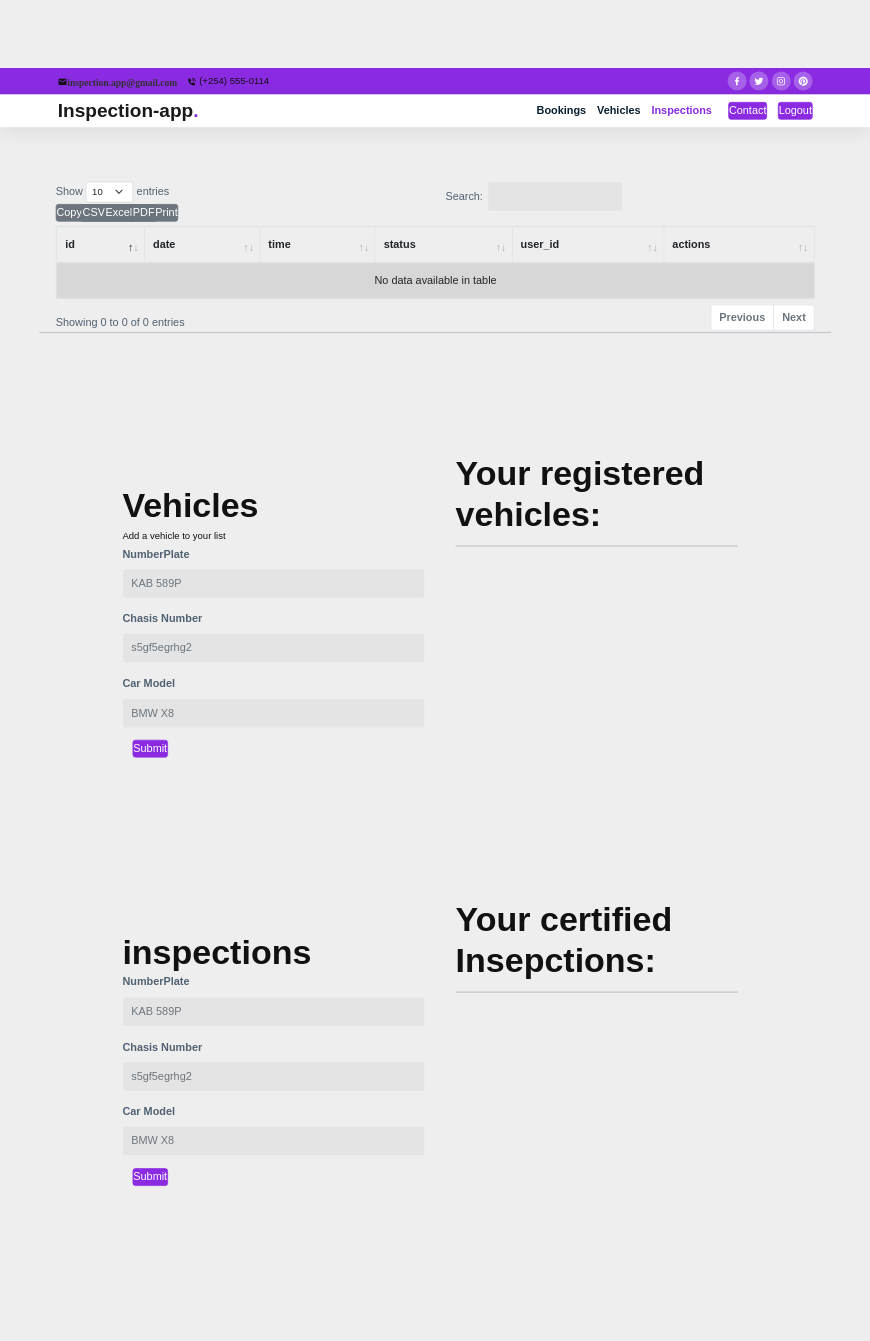
Repository: Jaynie8085/INSPECTION-APP
Page: client/admnDashboard.html
The author's editor kept a copy of each file at every save. The page is drawn from the files as they stood at one save, then again after the next save.
The browser window is 1280 px wide. The pictures show the whole page, at 68% of full size.
The page's requests for data from a server got no answer.

Above is the page before, as saved 2022-10-17 05:57:29.
Console error: ReferenceError: fetchBookings is not defined

### client/admnDashboard.html
<!DOCTYPE html>
<html lang="en">

<head>
    <meta charset="UTF-8">
    <meta http-equiv="X-UA-Compatible" content="IE=edge">
    <meta name="viewport" content="width=device-width, initial-scale=1.0">
    <script src="/js/axios/dist/axios.min.js"></script>
    <script src="main.js"></script>
    <!-- Bootstrap CSS -->
    <link rel="stylesheet" href="css/bootstrap.min.css">
    <link rel="stylesheet" href="css/owl.carousel.min.css">
    <link rel="stylesheet" href="css/owl.theme.default.min.css">
    <link href='https://unpkg.com/boxicons@2.1.1/css/boxicons.min.css' rel='stylesheet'>
    <link rel="stylesheet" href="https://stackpath.bootstrapcdn.com/bootstrap/4.1.3/css/bootstrap.min.css"
        integrity="sha384-MCw98/SFnGE8fJT3GXwEOngsV7Zt27NXFoaoApmYm81iuXoPkFOJwJ8ERdknLPMO" crossorigin="anonymous">
    <link rel="stylesheet" href="css/style.css">
    <link rel="stylesheet" href="assets/css/datatables.min.css">
    <link rel="stylesheet" href="assets/css/style.css">
    <title>userDashboard</title>
</head>

<body>

    <body data-bs-spy="scroll" data-bs-target=".navbar" data-bs-offset="70">


        <!-- TOP NAV -->
        <div class="top-nav" id="home">
            <div class="container">
                <div class="row justify-content-between">
                    <div class="col-auto">
                        <p> <i class='bx bxs-envelope'><a href="admnDashboard.html">inspection.app@gmail.com</p></a></i>
                        <p> <i class='bx bxs-phone-call'></i> (+254) 555-0114</p>
                    </div>
                    <div class="col-auto social-icons">
                        <a href="#"><i class='bx bxl-facebook'></i></a>
                        <a href="#"><i class='bx bxl-twitter'></i></a>
                        <a href="#"><i class='bx bxl-instagram'></i></a>
                        <a href="#"><i class='bx bxl-pinterest'></i></a>
                    </div>
                </div>
            </div>
        </div>

        <!-- BOTTOM NAV -->
        <nav class="navbar navbar-expand-lg navbar-light bg-white sticky-top">
            <div class="container">
                <a class="navbar-brand" href="admnDashboard.html">Inspection-app<span class="dot">.</span></a>
                <button class="navbar-toggler" type="button" data-bs-toggle="collapse" data-bs-target="#navbarNav"
                    aria-controls="navbarNav" aria-expanded="false" aria-label="Toggle navigation">
                    <span class="navbar-toggler-icon"></span>
                </button>
                <div class="collapse navbar-collapse" id="navbarNav">
                    <ul class="navbar-nav ms-auto">
                        <li class="nav-item">
                            <a class="nav-link" href="#home">Bookings</a>
                        </li>
                        <li class="nav-item">
                            <a class="nav-link" href="#vehicles">Vehicles</a>
                        </li>
                        <li class="nav-item">
                            <a class="nav-link" href="#inspections">Inspections</a>
                        </li>
                        </li>
                    </ul>
                    <a href="#" data-bs-toggle="modal" data-bs-target="#exampleModal"
                        class="btn btn-brand ms-lg-3">Contact</a>
                    <!-- Logout -->
                    <a href="index.html" class="btn btn-brand ms-lg-3">Logout</a>
                </div>

            </div>
        </nav>
        <!-- Bookings -->
        <section id="profile">
            <div class="container">
                <div class="row justify-content-center">
                    <table id="example" class="table table-striped table-bordered">
                        <thead class="flex">
                            <tr>
                                <th>id</th>
                                <th>date</th>
                                <th>time</th>
                                <th>status</th>
                                <th>user_id</th>
                                <th>actions</th>
                            </tr>
                        </thead>
                        <tbody editable="true" id="mwili">
                            <!-- Add tbody here | DOM Manupilation -->
                        </tbody>
                    </table>
                    <!-- <div id="data-table" class="col-lg-5">
                        <ul id="bookings-list">
                        </ul>
                    </div> -->
                    <hr>
                </div>
            </div>
        </section>

        <!-- vehicles -->
        <section id="vehicles">
            <div class="container">
                <div class="row justify-content-center">
                    <div id="customer-frm" class="col-lg-5 py-5">
                        <form>
                            <h1>Vehicles</h1>
                            <p>Add a vehicle to your list</p>
                            <div class="form-group">
                                <label for="numberplate" class="form-label">NumberPlate</label>
                                <input type="text" class="form-control" placeholder="KAB 589P" id="numberplate"
                                    aria-describedby="emailHelp">
                            </div>
                            <div class="form-group">
                                <label for="chasisnumber" class="form-label">Chasis Number </label>
                                <input type="text" class="form-control" placeholder="s5gf5egrhg2" id="chasisnumber"
                                    aria-describedby="emailHelp">
                            </div>
                            <div class="form-group">
                                <label for="model" class="form-label">Car Model</label>
                                <input type="model" class="form-control" placeholder="BMW X8" id="model"
                                    aria-describedby="emailHelp">
                            </div>

                            <div class="col-12">
                                <button type="submit" class="btn btn-brand" onclick="vehicles();">Submit</button>
                            </div>
                        </form>
                    </div>
                    <div class="col-lg-5">
                        <div class="container center">
                            <h1>Your registered vehicles:</h1>
                            <div>
                                <ul id="quote-list">
                                </ul>
                            </div>
                            <hr>
                        </div>
                    </div>
                </div>
            </div>
            </div>
        </section>

        <!-- inspections -->
        <section id="inspections">
            <div class="container">
                <div class="row justify-content-center">
                    <div id="customer-frm" class="col-lg-5 py-5">
                        <form>
                            <h1>inspections</h1>
                            <!-- <p>Add a vehicle to your list</p> -->
                            <div class="form-group">
                                <label for="numberplate" class="form-label">NumberPlate</label>
                                <input type="text" class="form-control" placeholder="KAB 589P" id="numberplate"
                                    aria-describedby="emailHelp">
                            </div>
                            <div class="form-group">
                                <label for="chasisnumber" class="form-label">Chasis Number </label>
                                <input type="text" class="form-control" placeholder="s5gf5egrhg2" id="chasisnumber"
                                    aria-describedby="emailHelp">
                            </div>
                            <div class="form-group">
                                <label for="model" class="form-label">Car Model</label>
                                <input type="model" class="form-control" placeholder="BMW X8" id="model"
                                    aria-describedby="emailHelp">
                            </div>
                            <!-- <div class="col-12">
                        <label for="exampleInputEmail1" class="form-label">Enter General Description</label>
                        <textarea name="" placeholder="Type in your cars general description." class="form-contid=""  rows="4"></textarea>
                    </div> -->

                            <div class="col-12">
                                <button type="submit" class="btn btn-brand" onclick="vehicles();">Submit</button>
                            </div>
                        </form>
                    </div>
                    <div class="col-lg-5">
                        <div class="container center">
                            <h1>Your certified Insepctions:</h1>
                            <div>
                                <ul id="quote-list">
                                </ul>
                            </div>
                            <hr>
                        </div>
                    </div>
                </div>
            </div>
            </div>
        </section>

        <!-- Modal -->
        <div class="modal fade" id="exampleModal" tabindex="-1" aria-labelledby="exampleModalLabel" aria-hidden="true">
            <div class="modal-dialog modal-dialog-centered modal-xl">
                <div class="modal-content">
                    <div class="modal-body p-0">
                        <div class="container-fluid">
                            <div class="row gy-4">
                                <div class="col-lg-4 col-sm-12 bg-cover"
                                    style="background-image: url(img/isco.jpg); min-height:300px;">
                                    <div>

                                    </div>
                                </div>
                                <div class="col-lg-8">
                                    <form class="p-lg-5 col-12 row g-3">
                                        <div>
                                            <h1>Get in touch</h1>
                                            <p>Feel free to contact us and we will get back to you as soon as possible
                                            </p>
                                        </div>
                                        <div class="col-lg-6">
                                            <label for="userName" class="form-label">First name</label>
                                            <input type="text" class="form-control" placeholder="John" id="userName"
                                                aria-describedby="emailHelp">
                                        </div>
                                        <div class="col-lg-6">
                                            <label for="userName" class="form-label">Last name</label>
                                            <input type="text" class="form-control" placeholder="kamau" id="userName"
                                                aria-describedby="emailHelp">
                                        </div>
                                        <div class="col-12">
                                            <label for="userName" class="form-label">Email address</label>
                                            <input type="email" class="form-control" placeholder="Johnkamaa@gmail.com"
                                                id="userName" aria-describedby="emailHelp">
                                        </div>
                                        <div class="col-12">
                                            <label for="exampleInputEmail1" class="form-label">Enter Message</label>
                                            <textarea name=""
                                                placeholder="Yes,how can we help you,Type your message here."
                                                class="form-control" id="" rows="4"></textarea>
                                        </div>

                                        <div class="col-12">
                                            <button type="submit" class="btn btn-brand">Send Message</button>
                                        </div>
                                    </form>
                                </div>
                            </div>
                        </div>
                    </div>

                </div>
            </div>
        </div>


        <div class="modal fade" id="exampleModal" tabindex="-1" aria-labelledby="exampleModalLabel" aria-hidden="true">
            <div class="modal-dialog modal-dialog-centered modal-xl">
                <div class="modal-content">
                    <div class="modal-body p-0">
                        <div class="container-fluid">
                            <div class="row gy-4">
                                <div class="col-lg-4 col-sm-12 bg-cover"
                                    style="background-image: url(img/c2.jpg); min-height:300px;">
                                    <div>

                                    </div>
                                </div>
                                <div class="col-lg-8">
                                    <form class="p-lg-5 col-12 row g-3">
                                        <div>
                                            <h1>Get in touch with us</h1>
                                            <p>Feel free to contact us and we will get back to you as soon as possible
                                            </p>
                                        </div>
                                        <div class="col-lg-6">
                                            <label for="userName" class="form-label">First name</label>
                                            <input type="text" class="form-control" placeholder="John" id="userName"
                                                aria-describedby="emailHelp">
                                        </div>
                                        <div class="col-lg-6">
                                            <label for="userName" class="form-label">Last name</label>
                                            <input type="text" class="form-control" placeholder="kamau" id="userName"
                                                aria-describedby="emailHelp">
                                        </div>
                                        <div class="col-12">
                                            <label for="userName" class="form-label">Email address</label>
                                            <input type="email" class="form-control" placeholder="Johnkamaa@gmail.com"
                                                id="userName" aria-describedby="emailHelp">
                                        </div>
                                        <div class="col-12">
                                            <label for="exampleInputEmail1" class="form-label">Enter Message</label>
                                            <textarea name=""
                                                placeholder="Yes,how can we help you,Type your message here,,,"
                                                class="form-control" id="" rows="4"></textarea>
                                        </div>

                                        <div class="col-12">
                                            <button type="submit" class="btn btn-brand">Send Message</button>
                                        </div>
                                    </form>
                                </div>
                            </div>
                        </div>
                    </div>

                </div>
            </div>
        </div>

    <script src="assets/js/bootstrap.bundle.min.js"></script>
    <script src="assets/js/jquery-3.6.0.min.js"></script>
    <script src="assets/js/datatables.min.js"></script>
    <script src="assets/js/pdfmake.min.js"></script>
    <script src="assets/js/vfs_fonts.js"></script>
    <script src="assets/js/custom.js"></script>
        <script src="js/owl.carousel.min.js"></script>


        <script src="js/app.js"></script>
        <script src="index.js"></script>


    </body>

</html>

### client/assets/css/style.css
/* Generated by less 3.11.1 */
/*
Design By = MJ MARAZ
Website = https://portfolio.mjmarazbd.com
Contact = mjmarazbd@gmail.com
WhatsApp = +8801869944607
Facebook = mjmarazbd
*/
* {
    margin: 0;
    padding: 0;
    outline: 0;
}

html {
    scroll-behavior: smooth;
}

html ::-webkit-scrollbar {
    width: 10px;
    background-color: #111d2c;
    cursor: pointer;
}

html ::-webkit-scrollbar-thumb {
    background: linear-gradient(160deg, #3c76ba, #1e428b);
    width: 10px;
    border-radius: 5px;
}

html ::-webkit-scrollbar-thumb:hover {
    background: #379dc3;
    cursor: pointer;
}

body {
    background: #eee;
    font-family: 'Raleway', sans-serif;
    font-family: 'Roboto', sans-serif;
    font-family: 'Poppins', sans-serif;
    font-family: 'Rubik', sans-serif;
    padding: 100px 0;
}

h1,
h2,
h3,
h4,
h5,
h6,
p,
a,
ol,
ul,
li,
img,
span,
input,
form,
label,
.btn,
.navbar,
.navbar-brand {
    margin: 0;
    padding: 0;
}

h1::selection,
h2::selection,
h3::selection,
h4::selection,
h5::selection,
h6::selection,
p::selection,
a::selection,
ol::selection,
ul::selection,
li::selection,
img::selection,
span::selection,
input::selection,
form::selection,
label::selection,
.btn::selection,
.navbar::selection,
.navbar-brand::selection {
    color: #fff;
    background: #187fcc;
    text-shadow: 1px 1px 1px #333;
}

ol,
ul,
li {
    list-style-type: none;
}

a,
a:hover {
    text-decoration: none;
    color: #333;
    -webkit-transition: 0.2s;
    transition: 0.2s;
}

h1 {
    font-size: 50px;
    color: #111;
    font-weight: 600;
}

h2 {
    font-size: 40px;
    color: #111;
    font-weight: 600;
}

h3 {
    font-size: 35px;
    color: #111;
    font-weight: 600;
}

h4 {
    font-size: 30px;
    color: #111;
    font-weight: 600;
}

h5 {
    font-size: 25px;
    color: #111;
    font-weight: 600;
}

h6 {
    font-size: 18px;
    color: #111;
}

p {
    font-size: 14px;
    color: #111;
}

.ptb-50 {
    padding: 50px 0px;
}

.mtb-15 {
    margin: 15px 0;
}


/* ==== Scoll  = Start ===== */
.totop {
    position: fixed;
    bottom: 0px;
    right: 10px;
    height: 45px;
    width: 45px;
    cursor: pointer;
    display: none;
    background: rgba(0, 0, 0, 0.3);
    color: #fff;
    border-radius: 5px 5px 0 0;
    line-height: 47px;
    font-size: 20px;
    text-align: center;
}

.totop:hover {
    line-height: 40px;
    color: #fff;
    background: #194274;
    text-shadow: 0 0 5px #000;
}

/* ==== Scoll  = End ===== */




/* ==== Header  = Start ===== */
.header_part {
    background: #0c1e2e;
    padding: 5px 80px;
    position: fixed;
    top: 0;
    width: 100%;
    text-align: center;
    z-index: 9999;
}

.header_part h4 {
    color: #fff;
    padding: 10px;
}

.header_part img {
    float: left;
    height: 60px;
    border-radius: 50%;
}

/* ==== Header  = End ===== */






/* ==== Data table  = Start ===== */

.data_table{
   background: #fff;
    padding: 15px;
    box-shadow: 1px 3px 5px #aaa;
    border-radius: 5px;
}

.data_table .btn{
    padding: 5px 10px;
    margin: 10px 3px 10px 0;
}



/* ==== Data table  = End  ===== */

Loaded but not shown: client/js/axios/dist/axios.min.js (library); client/css/bootstrap.min.css (library); client/css/owl.carousel.min.css (library); client/css/owl.theme.default.min.css (common file); client/assets/css/datatables.min.css (library); client/assets/js/bootstrap.bundle.min.js (library); client/assets/js/jquery-3.6.0.min.js (library); client/assets/js/datatables.min.js (library); client/assets/js/pdfmake.min.js (library); client/assets/js/vfs_fonts.js (library); client/js/owl.carousel.min.js (library); client/index.js (193 lines, source omitted); client/main.js (172 lines, source omitted); client/assets/js/custom.js (57 lines, source omitted); client/js/app.js (34 lines, source omitted); client/css/style.css (543 lines, source omitted)

After the next save:
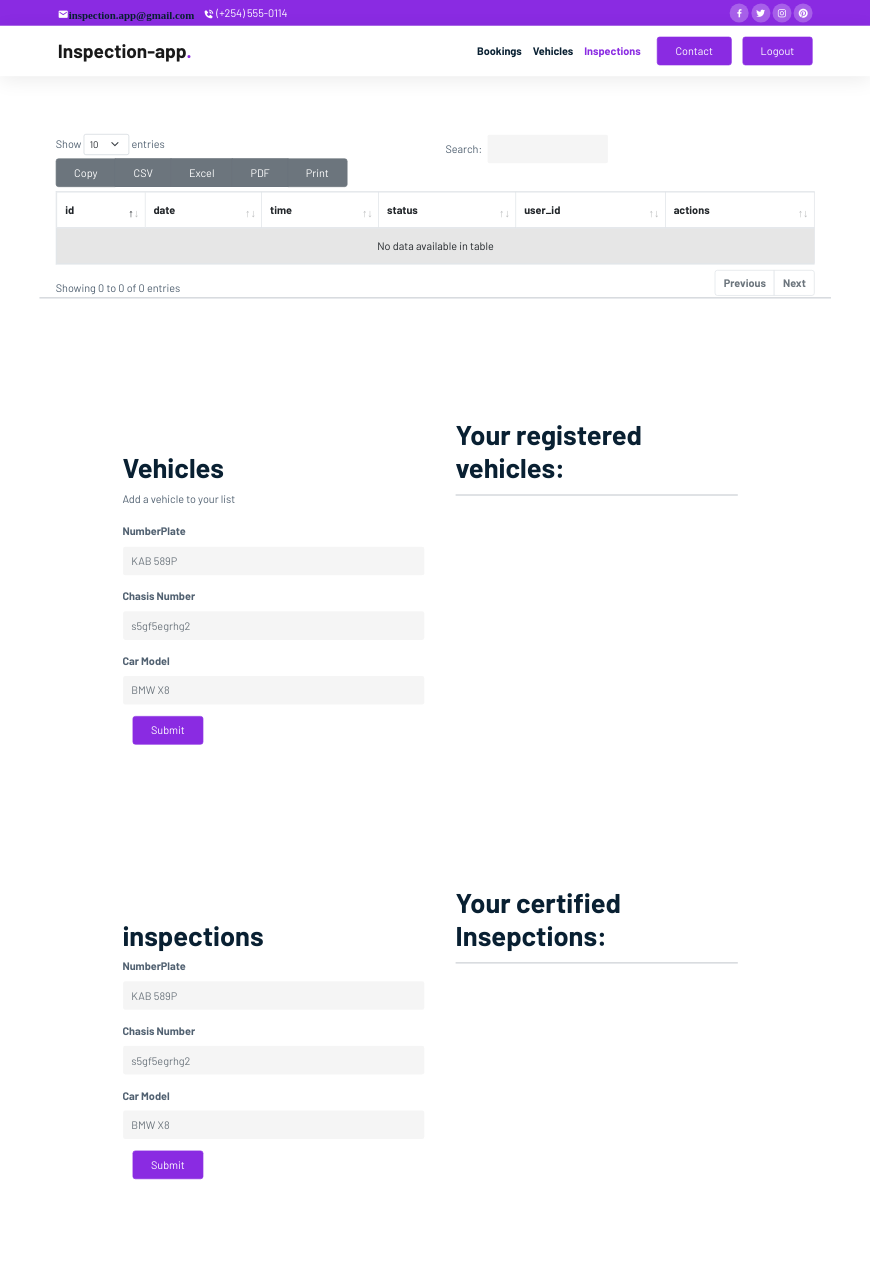
Saved 32 s later.
--- a/client/admnDashboard.html
+++ b/client/admnDashboard.html
@@ -16,7 +16,7 @@
         integrity="sha384-MCw98/SFnGE8fJT3GXwEOngsV7Zt27NXFoaoApmYm81iuXoPkFOJwJ8ERdknLPMO" crossorigin="anonymous">
     <link rel="stylesheet" href="css/style.css">
     <link rel="stylesheet" href="assets/css/datatables.min.css">
-    <link rel="stylesheet" href="assets/css/style.css">
+    <!-- <link rel="stylesheet" href="assets/css/style.css"> -->
     <title>userDashboard</title>
 </head>
 
